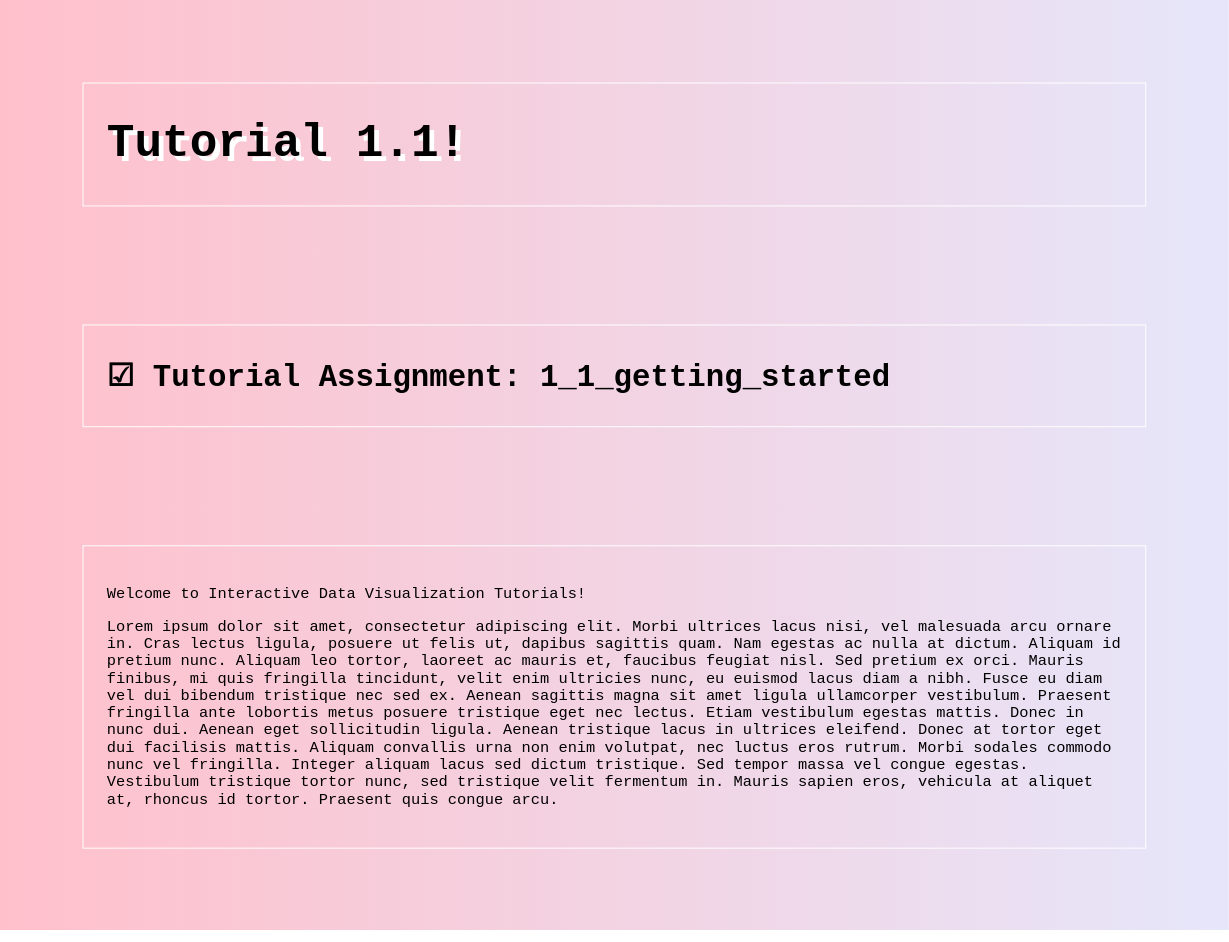
Repository: lisjak/Interactive-Data-Vis-Fall2022
Page: 1_1_getting_started/index.html
The author's editor kept a copy of each file at every save. The page is drawn from the files as they stood at one save, then again after a run of saves.
The browser window is 1280 px wide. The pictures show the whole page, at 96% of full size.
Some web fonts or font styles are not loaded; a fallback is used.

Above is the page before, as saved 2022-09-04 21:56:18.

### 1_1_getting_started/index.html
<!DOCTYPE html>

<head>
    <meta charset="utf-8">

    <title>Interactive Data Visualization Tutorial</title>

    <link rel="stylesheet" href="https://fonts.googleapis.com/css?family=Source+Sans+Pro">

    <link href="https://fonts.googleapis.com/css2?family=Azeret+Mono&display=swap" rel="stylesheet">

    <link rel="stylesheet" href="./style.css">
</head>

<body>
    <div>
        <h1>Tutorial 1.1!</h1>
    </div>
    <div>
        <h3> &#9745; Tutorial Assignment: 1_1_getting_started </h3>
    </div>
    <div>
        <p>Welcome to Interactive Data Visualization Tutorials! </p>

        <p>Lorem ipsum dolor sit amet, consectetur adipiscing elit. Morbi ultrices lacus nisi, vel malesuada arcu ornare in. Cras lectus ligula, posuere ut felis ut, dapibus sagittis quam. Nam egestas ac nulla at dictum. Aliquam id pretium nunc. Aliquam
            leo tortor, laoreet ac mauris et, faucibus feugiat nisl. Sed pretium ex orci. Mauris finibus, mi quis fringilla tincidunt, velit enim ultricies nunc, eu euismod lacus diam a nibh. Fusce eu diam vel dui bibendum tristique nec sed ex. Aenean
            sagittis magna sit amet ligula ullamcorper vestibulum. Praesent fringilla ante lobortis metus posuere tristique eget nec lectus. Etiam vestibulum egestas mattis. Donec in nunc dui. Aenean eget sollicitudin ligula. Aenean tristique lacus in
            ultrices eleifend. Donec at tortor eget dui facilisis mattis. Aliquam convallis urna non enim volutpat, nec luctus eros rutrum. Morbi sodales commodo nunc vel fringilla. Integer aliquam lacus sed dictum tristique. Sed tempor massa vel congue
            egestas. Vestibulum tristique tortor nunc, sed tristique velit fermentum in. Mauris sapien eros, vehicula at aliquet at, rhoncus id tortor. Praesent quis congue arcu.</p>
    </div>
</body>

</html>

### 1_1_getting_started/style.css
body {
    background-image: linear-gradient(to right, pink, lavender);
    font-family: 'Azeret Mono', monospace;
    font-size: 16px;
    padding: 1em;
    display: flex;
    flex-direction: column;
}

div {
    /* min-width: 100%; */
    align-items: center;
    justify-content: center;
    border: 1px solid white;
    padding: 2%;
    margin: 5%;
}

h1 {
    font-size: 3em;
    margin: 0.25em 0;
    text-shadow: 5px 5px 0px white;
}

h3 {
    font-size: 2em;
    margin: 0.25em 0;
}

p {
    font-size: 1em;
    color: black;
}

After the next 2 saves:
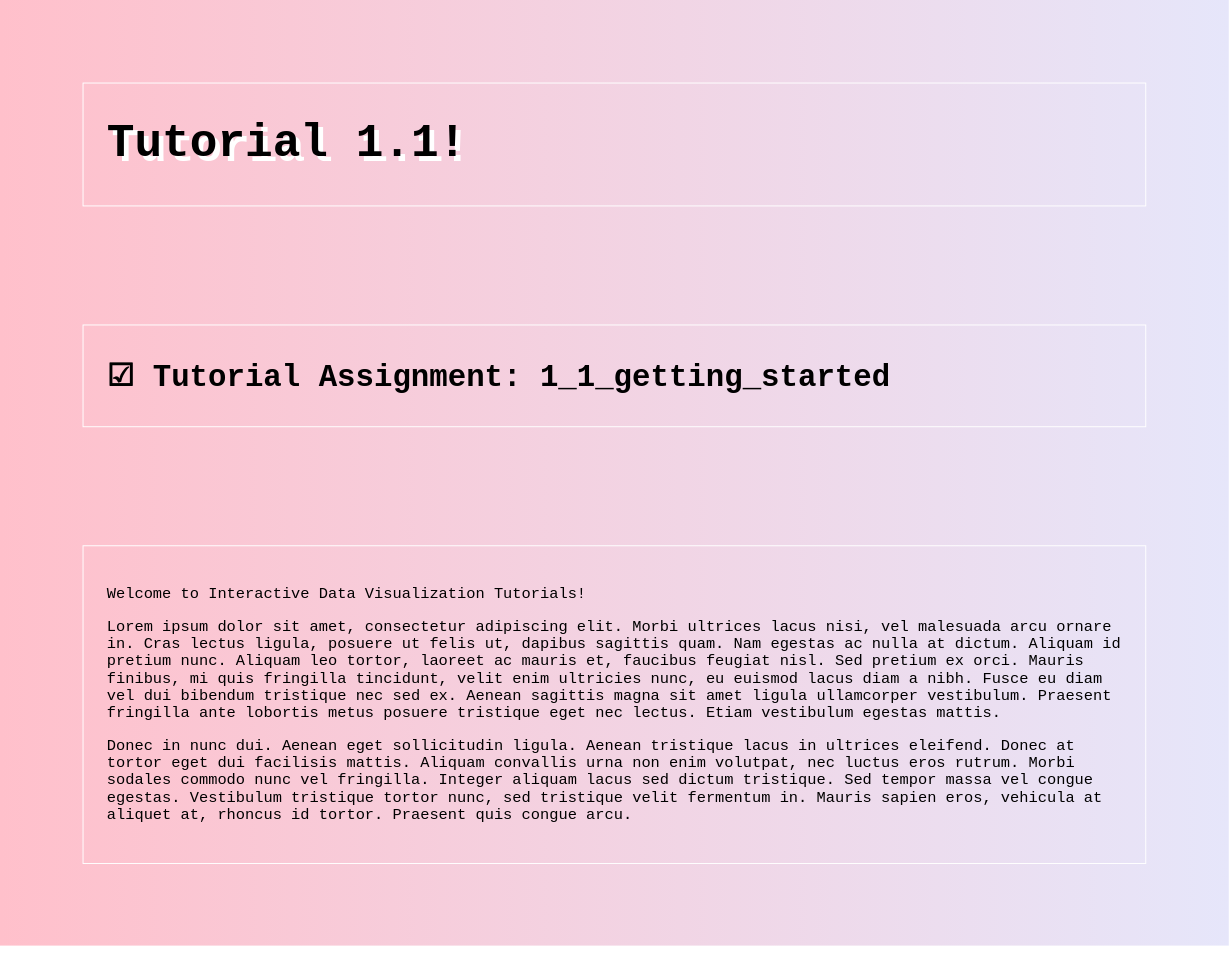
The 2 saves are shown as one change because they came seconds apart.
The last was saved 48 s later.
--- a/1_1_getting_started/index.html
+++ b/1_1_getting_started/index.html
@@ -24,9 +24,10 @@
 
         <p>Lorem ipsum dolor sit amet, consectetur adipiscing elit. Morbi ultrices lacus nisi, vel malesuada arcu ornare in. Cras lectus ligula, posuere ut felis ut, dapibus sagittis quam. Nam egestas ac nulla at dictum. Aliquam id pretium nunc. Aliquam
             leo tortor, laoreet ac mauris et, faucibus feugiat nisl. Sed pretium ex orci. Mauris finibus, mi quis fringilla tincidunt, velit enim ultricies nunc, eu euismod lacus diam a nibh. Fusce eu diam vel dui bibendum tristique nec sed ex. Aenean
-            sagittis magna sit amet ligula ullamcorper vestibulum. Praesent fringilla ante lobortis metus posuere tristique eget nec lectus. Etiam vestibulum egestas mattis. Donec in nunc dui. Aenean eget sollicitudin ligula. Aenean tristique lacus in
-            ultrices eleifend. Donec at tortor eget dui facilisis mattis. Aliquam convallis urna non enim volutpat, nec luctus eros rutrum. Morbi sodales commodo nunc vel fringilla. Integer aliquam lacus sed dictum tristique. Sed tempor massa vel congue
-            egestas. Vestibulum tristique tortor nunc, sed tristique velit fermentum in. Mauris sapien eros, vehicula at aliquet at, rhoncus id tortor. Praesent quis congue arcu.</p>
+            sagittis magna sit amet ligula ullamcorper vestibulum. Praesent fringilla ante lobortis metus posuere tristique eget nec lectus. Etiam vestibulum egestas mattis.</p>
+
+        <p> Donec in nunc dui. Aenean eget sollicitudin ligula. Aenean tristique lacus in ultrices eleifend. Donec at tortor eget dui facilisis mattis. Aliquam convallis urna non enim volutpat, nec luctus eros rutrum. Morbi sodales commodo nunc vel fringilla.
+            Integer aliquam lacus sed dictum tristique. Sed tempor massa vel congue egestas. Vestibulum tristique tortor nunc, sed tristique velit fermentum in. Mauris sapien eros, vehicula at aliquet at, rhoncus id tortor. Praesent quis congue arcu.</p>
     </div>
 </body>
 
